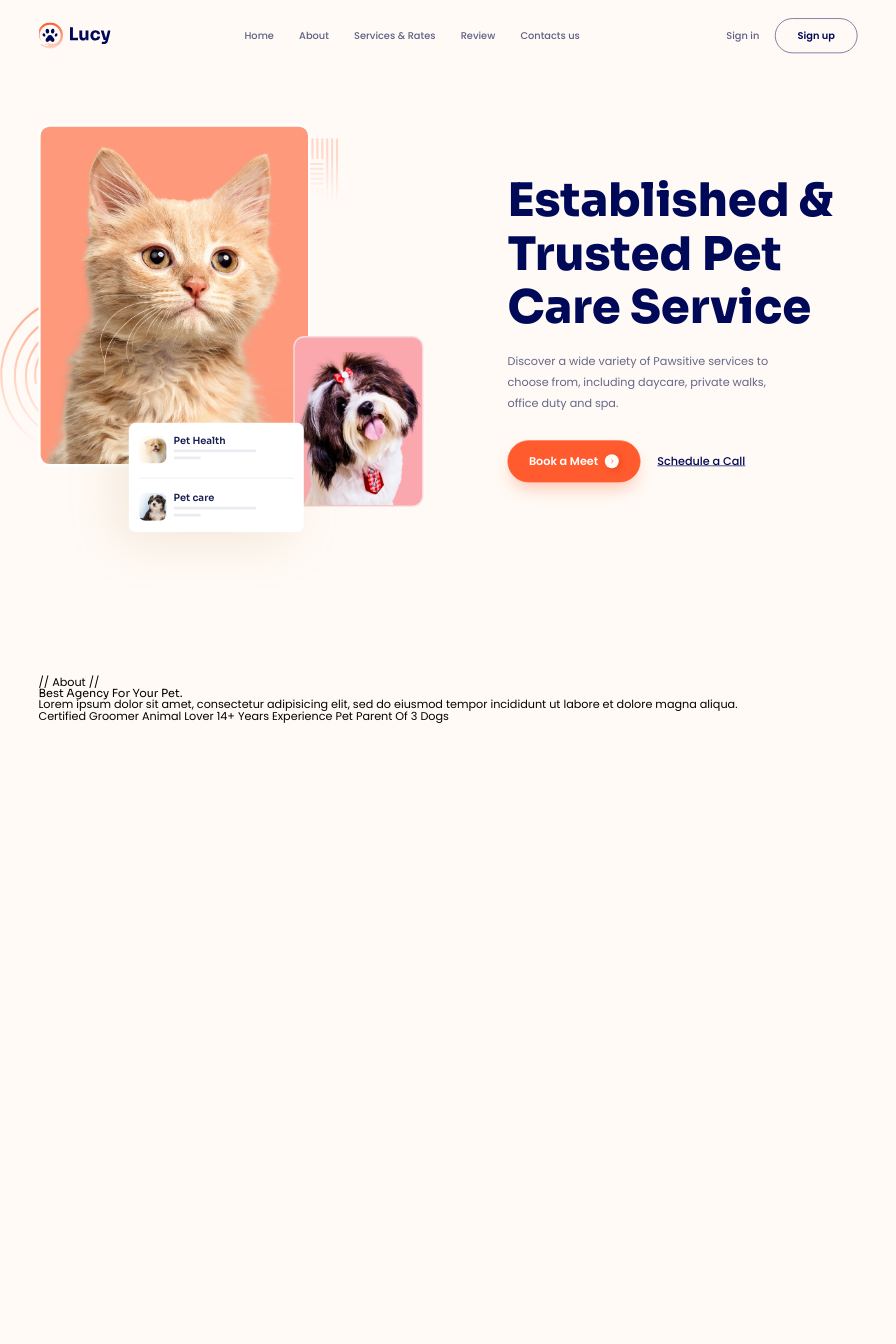
Repository: anhtien111198/f8-htmlcss-04
Page: index.html
These files come from the project's save history. The page is drawn as it stood at one moment and after the next save; the edit follows.
The browser window is 1280 px wide. The pictures show the part of the page from y = 0 to 1920 px (the page is 5000 px tall), at 70% of full size.

Above is the page before, as saved 2023-05-18 12:30:08.

### index.html
<!DOCTYPE html>
<html lang="en">
    <head>
        <meta charset="UTF-8" />
        <meta http-equiv="X-UA-Compatible" content="IE=edge" />
        <meta name="viewport" content="width=device-width, initial-scale=1.0" />
        <title>Lucy - Established &amp Trusted Pet Care Service</title>
        <!-- favicon -->
        <link
            rel="apple-touch-icon"
            sizes="57x57"
            href="./assets/favicon/apple-icon-57x57.png"
        />
        <link
            rel="apple-touch-icon"
            sizes="60x60"
            href="./assets/favicon/apple-icon-60x60.png"
        />
        <link
            rel="apple-touch-icon"
            sizes="72x72"
            href="./assets/favicon/apple-icon-72x72.png"
        />
        <link
            rel="apple-touch-icon"
            sizes="76x76"
            href="./assets/favicon/apple-icon-76x76.png"
        />
        <link
            rel="apple-touch-icon"
            sizes="114x114"
            href="./assets/favicon/apple-icon-114x114.png"
        />
        <link
            rel="apple-touch-icon"
            sizes="120x120"
            href="./assets/favicon/apple-icon-120x120.png"
        />
        <link
            rel="apple-touch-icon"
            sizes="144x144"
            href="./assets/favicon/apple-icon-144x144.png"
        />
        <link
            rel="apple-touch-icon"
            sizes="152x152"
            href="./assets/favicon/apple-icon-152x152.png"
        />
        <link
            rel="apple-touch-icon"
            sizes="180x180"
            href="./assets/favicon/apple-icon-180x180.png"
        />
        <link
            rel="icon"
            type="image/png"
            sizes="192x192"
            href="./assets/favicon/android-icon-192x192.png"
        />
        <link
            rel="icon"
            type="image/png"
            sizes="32x32"
            href="./assets/favicon/favicon-32x32.png"
        />
        <link
            rel="icon"
            type="image/png"
            sizes="96x96"
            href="./assets/favicon/favicon-96x96.png"
        />
        <link
            rel="icon"
            type="image/png"
            sizes="16x16"
            href="./assets/favicon/favicon-16x16.png"
        />
        <link rel="manifest" href="./assets/favicon/manifest.json" />
        <meta name="msapplication-TileColor" content="#ffffff" />
        <meta
            name="msapplication-TileImage"
            content="./assets/favicon/ms-icon-144x144.png"
        />
        <meta name="theme-color" content="#ffffff" />
        <!-- reset css-->
        <link rel="stylesheet" href="./assets/css/reset.css" />
        <!-- Embed font family-->
        <link rel="preconnect" href="https://fonts.googleapis.com" />
        <link rel="preconnect" href="https://fonts.gstatic.com" crossorigin />
        <link
            href="https://fonts.googleapis.com/css2?family=Poppins:wght@300;400;500;600&family=Sora:wght@400;500;600;700;800&display=swap"
            rel="stylesheet"
        />
        <!-- style css -->
        <link rel="stylesheet" href="./assets/css/style.css" />
    </head>
    <body style="height: 5000px">
        <!-- header -->
        <header class="header">
            <div class="container">
                <div class="header__inner">
                    <!-- logo -->
                    <img src="./assets/images/logo.svg" alt="" class="logo" />
                    <!-- navbar -->
                    <nav class="navbar">
                        <ul class="navbar__list">
                            <li class="navbar__item">
                                <a href="#!" class="navbar__link">Home</a>
                            </li>
                            <li class="navbar__item">
                                <a href="#!" class="navbar__link">About</a>
                            </li>
                            <li class="navbar__item">
                                <a href="#!" class="navbar__link">
                                    Services &amp Rates
                                </a>
                            </li>
                            <li class="navbar__item">
                                <a href="#!" class="navbar__link">Review</a>
                            </li>
                            <li class="navbar__item">
                                <a href="#!" class="navbar__link">
                                    Contacts us
                                </a>
                            </li>
                        </ul>
                    </nav>
                    <!-- header action -->
                    <div class="header-action">
                        <a href="#!" class="header-action__link">Sign in</a>
                        <a href="#!" class="header-action__btn btn">Sign up</a>
                    </div>
                </div>
            </div>
        </header>
        <!-- hero -->
        <section class="hero">
            <div class="container">
                <div class="hero__inner">
                    <!-- hero media -->
                    <div class="hero__media">
                        <div class="hero__img-wrap">
                            <img
                                src="./assets/images/pet-01.png"
                                alt=""
                                class="hero__img"
                            />
                            <!-- decorators -->
                            <img
                                src="./assets/images/decor-01.svg"
                                alt=""
                                class="hero__decor hero__decor-left"
                            />
                            <img
                                src="./assets/images/decor-02.svg"
                                alt=""
                                class="hero__decor hero__decor-right"
                            />
                        </div>
                        <div class="hero__img-wrap hero__img-wrap-small">
                            <img
                                src="./assets/images/pet-02.png"
                                alt=""
                                class="hero__img hero__img-small"
                            />
                        </div>
                        <div class="hero__list">
                            <section class="hero-list-item">
                                <img
                                    src="./assets/images/pet-03.png"
                                    alt=""
                                    class="hero-list-item__thumb"
                                />
                                <div class="hero-list-item__info">
                                    <p class="hero-list-item__title">
                                        Pet Health
                                    </p>
                                    <div class="hero-list-item__skeleton"></div>
                                    <div class="hero-list-item__skeleton"></div>
                                </div>
                            </section>
                            <div class="hero-list-item__separate"></div>
                            <section class="hero-list-item">
                                <img
                                    src="./assets/images/pet-04.png"
                                    alt=""
                                    class="hero-list-item__thumb"
                                />
                                <div class="hero-list-item__info">
                                    <p class="hero-list-item__title">
                                        Pet care
                                    </p>
                                    <div class="hero-list-item__skeleton"></div>
                                    <div class="hero-list-item__skeleton"></div>
                                </div>
                            </section>
                        </div>
                    </div>
                    <!-- hero content -->
                    <section class="hero__content">
                        <h1 class="hero__heading">
                            Established &amp Trusted Pet Care Service
                        </h1>
                        <p class="hero__desc">
                            Discover a wide variety of Pawsitive services to
                            choose from, including daycare, private walks,
                            office duty and spa.
                        </p>
                        <div class="hero__row">
                            <a href="#!" class="btn btn--primary hero__cta-btn">
                                Book a Meet
                                <span class="btn__icon">
                                    <svg
                                        width="5"
                                        height="6"
                                        viewBox="0 0 5 6"
                                        fill="none"
                                        xmlns="http://www.w3.org/2000/svg"
                                    >
                                        <path
                                            d="M1.48584 0.5L3.98584 3L1.48584 5.5"
                                            stroke="#FD5056"
                                            stroke-linecap="round"
                                            stroke-linejoin="round"
                                        />
                                    </svg>
                                </span>
                            </a>
                            <a href="#!" class="hero__cta-link">
                                Schedule a Call
                            </a>
                        </div>
                    </section>
                </div>
            </div>
        </section>
        <!-- About -->
        <main>
            <section class="about">
                <div class="container">
                    <div class="about__inner">
                        <section class="about__content">
                            <p class="about__label">// About //</p>
                            <h2 class="about__heading section__heading">
                                Best Agency For Your Pet.
                            </h2>
                            <p class="about__desc section__desc">
                                Lorem ipsum dolor sit amet, consectetur
                                adipisicing elit, sed do eiusmod tempor
                                incididunt ut labore et dolore magna aliqua.
                            </p>
                            <div class="about__checklist">
                                <span class="about__check-item">
                                    Certified Groomer
                                </span>
                                <span class="about__check-item">
                                    Animal Lover
                                </span>
                                <span class="about__check-item">
                                    14+ Years Experience
                                </span>
                                <span class="about__check-item">
                                    Pet Parent Of 3 Dogs
                                </span>
                            </div>
                        </section>
                        <div class="about__media"></div>
                        <div class="about__media"></div>
                        <section class="about__content"></section>
                    </div>
                </div>
            </section>
        </main>
    </body>
</html>

### assets/css/style.css
* {
    box-sizing: border-box;
}
:root {
    --primary-color: #ff5b2e;
}
html {
    font-size: 62.5%;
}
body {
    font-size: 1.6rem;
    font-family: "Poppins", sans-serif;
    background: #fffaf5;
}
/* ======================Common=================== */
a {
    text-decoration: none;
}
h1,
h2,
h3,
h4,
h5,
h6 {
    font-family: "Sora", sans-serif;
}
input,
textarea,
button,
select {
    font-size: inherit;
    font-family: inherit;
}
.container {
    width: 1170px;
    max-width: calc(100% - 48px);
    margin: 0 auto;
}
.btn {
    --height: 56px;
    display: inline-flex;
    align-items: center;
    justify-content: center;
    min-width: 130px;
    height: var(--height);
    line-height: var(--height);
    border: 1px solid rgba(0, 9, 88, 0.7);
    border-radius: 99px;
    font-weight: 600;
    font-size: 1.4rem;
    text-align: center;
    color: #000958;
}
.btn:hover {
    opacity: 0.9;
    cursor: pointer;
}
.btn--primary {
    color: #fff;
    background: var(--primary-color);
    border-color: var(--primary-color);
}
.btn__icon {
    display: flex;
    align-items: center;
    justify-content: center;
    margin-left: 10px;
    width: 20px;
    height: 20px;
    border-radius: 50%;
    background: #fffaf5;
    box-shadow: 4px 3px 10px -1px rgba(191, 41, 0, 0.4);
}
/* ===========header============== */
.header {
    padding: 26px 0;
    /* position: sticky;
    top: -26px;
    z-index: 1; */
    /* background: #fff; */
}
.header__inner {
    display: flex;
    align-items: center;
    justify-content: space-between;
}
.navbar__list {
    display: flex;
}
.navbar__link,
.header-action__link {
    padding: 8px 18px;
    font-weight: 500;
    font-size: 1.4rem;
    line-height: 1;
    color: #5e6085;
}
.navbar__link:hover {
    color: #000958;
    text-shadow: 1px 0 0 currentColor;
}
.header-action__btn {
    --height: 50px;
    min-width: 118px;
}
/* =======Hero======= */
.hero {
    margin-top: 76px;
}
.hero__inner {
    display: flex;
    align-items: center;
    justify-content: space-between;
    column-gap: 120px;
}
.hero__media {
    display: flex;
    position: relative;
    padding-bottom: 94px;
}
.hero__img-wrap {
    position: relative;
    display: flex;
    align-items: flex-end;
    justify-content: center;
    width: 388px;
    height: 488px;
    background: #fe997b;
    border-radius: 16px;
    border: 3px solid #fff;
}
.hero__img {
    max-width: 100%;
    max-height: 100%;
    border-radius: inherit;
}
.hero__decor {
    position: absolute;
    z-index: -1;
}
.hero__decor-left {
    left: -58px;
    bottom: 10px;
}
.hero__decor-right {
    top: 16px;
    right: -43px;
}
.hero__img-wrap-small {
    align-self: flex-end;
    width: 186px;
    height: 244px;
    margin: 0 0 -58px -24px;
    border: 2px solid #f7dddf;
    background: #faa7ad;
}
.hero__list {
    position: absolute;
    left: 129px;
    bottom: 0;
    width: 250px;
    height: 156px;
    padding: 18px 14px;
    background: #fff;
    box-shadow: -17px 14px 68px -4px rgba(207, 174, 132, 0.25);
    border-radius: 10px;
}
.hero-list-item {
    display: flex;
}
.hero-list-item__thumb {
    width: 40px;
    height: 40px;
    border-radius: 10px;
    object-fit: cover;
}
.hero-list-item__info {
    margin-left: 10px;
}
.hero-list-item__title {
    font-family: "Sora", sans-serif;
    font-weight: 600;
    font-size: 1.4rem;
    line-height: 1;
    color: #181e52;
}
.hero-list-item__skeleton {
    margin-top: 6px;
    width: 118px;
    height: 4px;
    background: #000958;
    opacity: 0.08;
    border-radius: 10px;
}
.hero-list-item__skeleton:last-child {
    width: 39px;
}
.hero-list-item__separate {
    width: 100%;
    height: 2px;
    margin: 20px 0;
    border-radius: 99px;
    background: #f2f2f2;
}
.hero-list-item:nth-child(2) .hero-list-item__thumb {
    background: #c6e2fa;
}
.hero__heading {
    font-weight: 800;
    font-size: 6.6rem;
    line-height: 1.15;
    color: #000958;
}
.hero__desc {
    margin-top: 24px;
    max-width: 391px;
    font-weight: 400;
    font-size: 1.6rem;
    line-height: 1.88;
    color: #656689;
}
.hero__row {
    display: flex;
    align-items: center;
    margin-top: 38px;
}
.hero__cta-btn {
    --height: 60px;
    min-width: 190px;
    font-size: 1.6rem;
    box-shadow: 0px 13px 26px -8px rgba(255, 91, 46, 0.42);
}
.hero__cta-link {
    margin-left: 24px;
    font-weight: 500;
    font-size: 1.6rem;
    line-height: 1;
    text-decoration-line: underline;
    color: #000958;
}
/* ========About=========== */
.about {
    margin-top: 207px;
}
.about__inner {
    display: grid;
}

Loaded but not shown: assets/css/reset.css (common file)

After the next save:
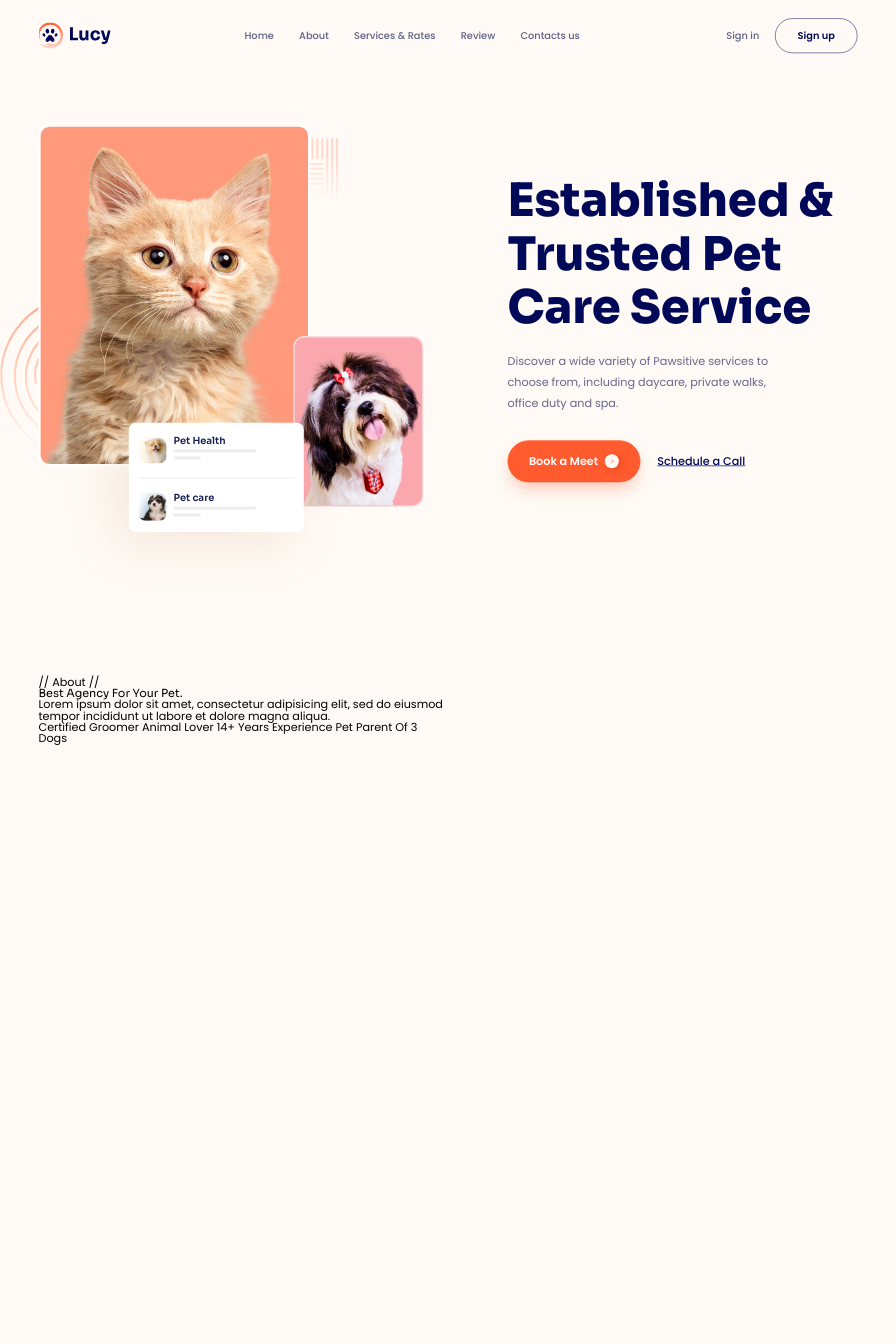
Saved 44 s later.
--- a/assets/css/style.css
+++ b/assets/css/style.css
@@ -244,4 +244,5 @@ select {
 }
 .about__inner {
     display: grid;
-}
+    grid-template-columns: 1fr 1fr;
+}
